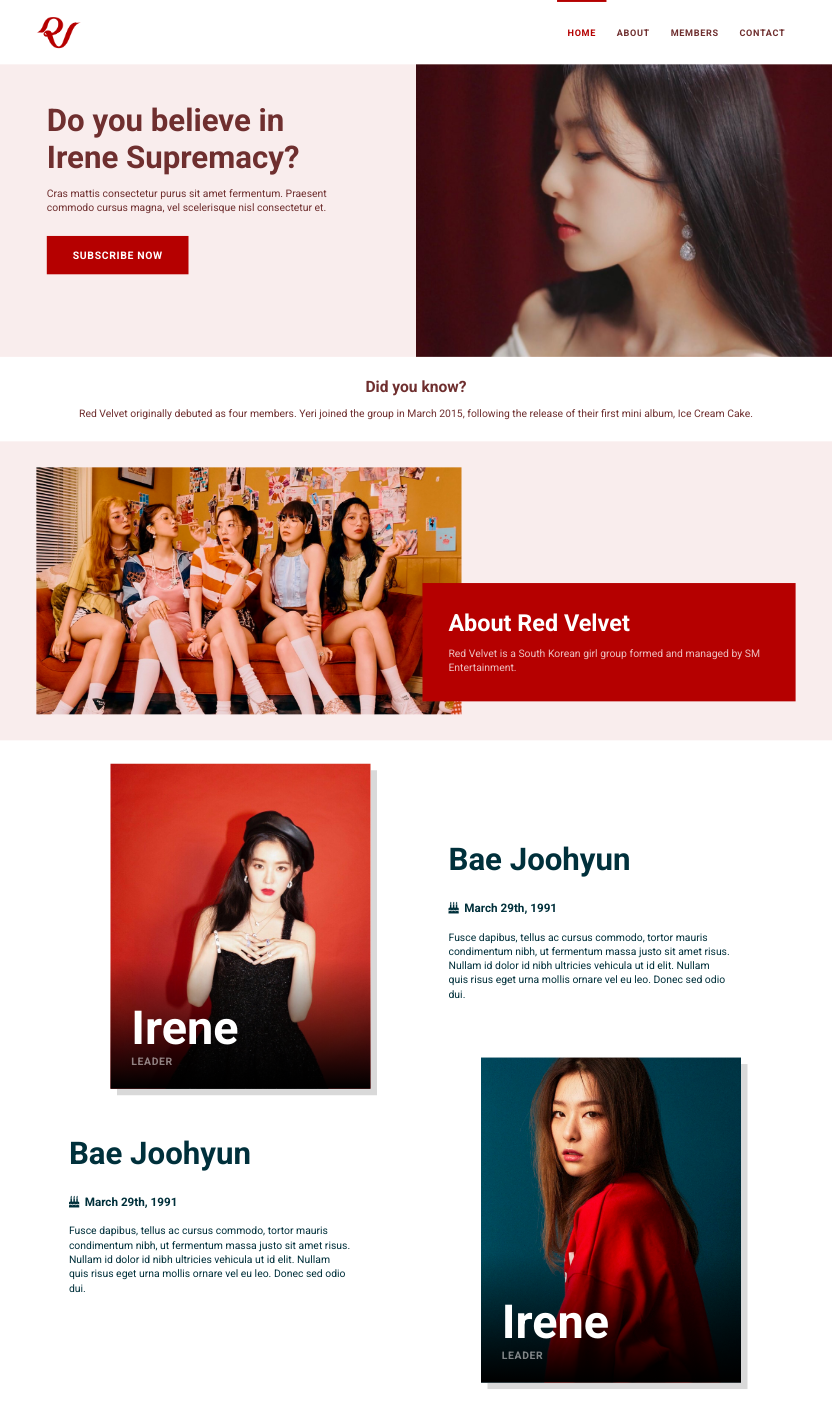
Repository: stillnotdavid/eternity-university
Page: app/index.html
These files come from the project's save history. The page is drawn as it stood at one moment and after the next save; the edit follows.
The browser window is 1280 px wide. The pictures show the whole page, at 65% of full size.
The style sheet was rebuilt from its Sass, Less or Tailwind sources for each picture, by a compiler version that may differ from the author's.

Above is the page before, as saved 2021-12-05 21:15:34.

After the next save:
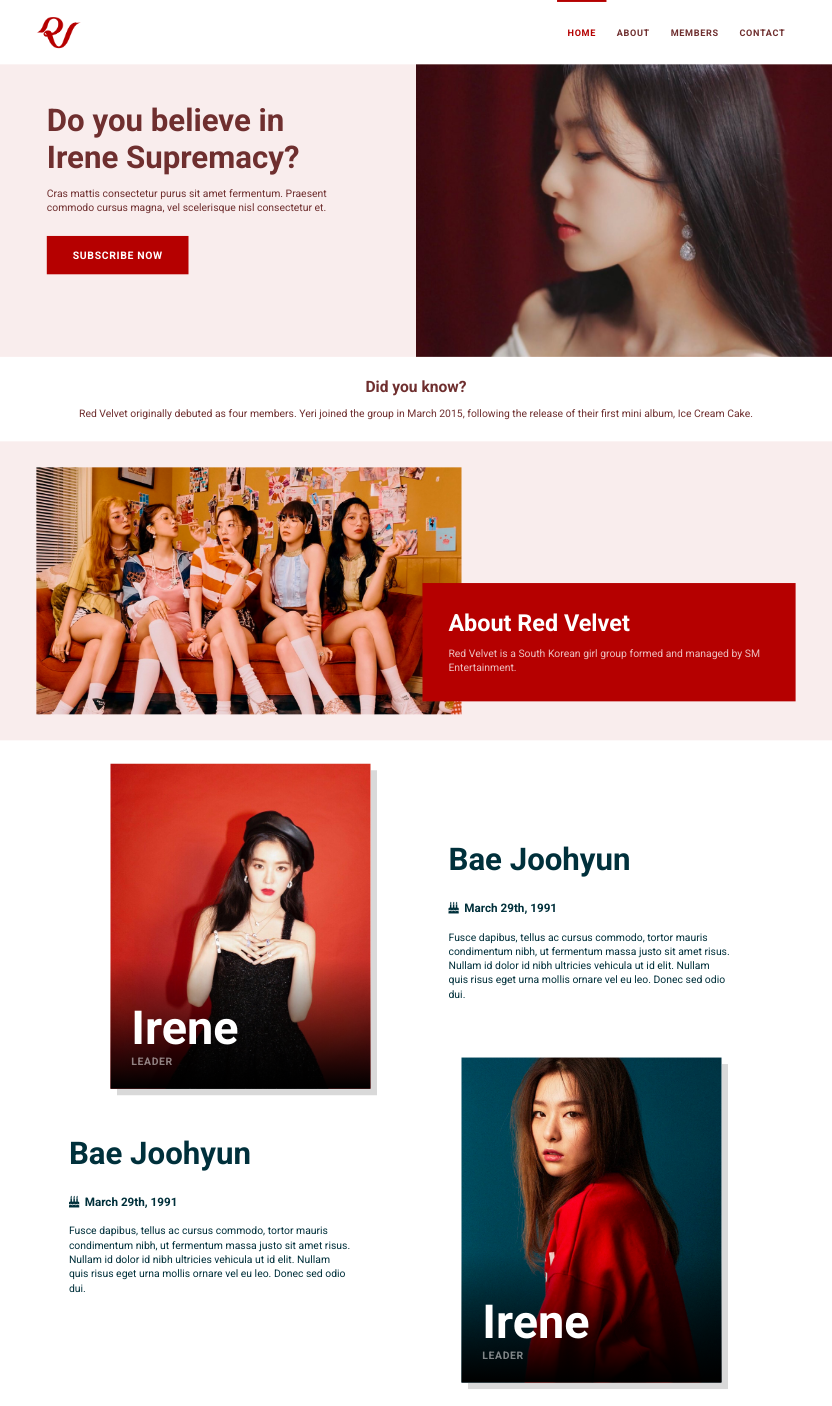
Saved 7 s later.
--- a/app/styles/components/_members.scss
+++ b/app/styles/components/_members.scss
@@ -13,7 +13,7 @@
     margin-top: -120px;
 
     .member__photo-image {
-      margin-left: 100px;
+      margin-left: 70px;
     }
   }
 
